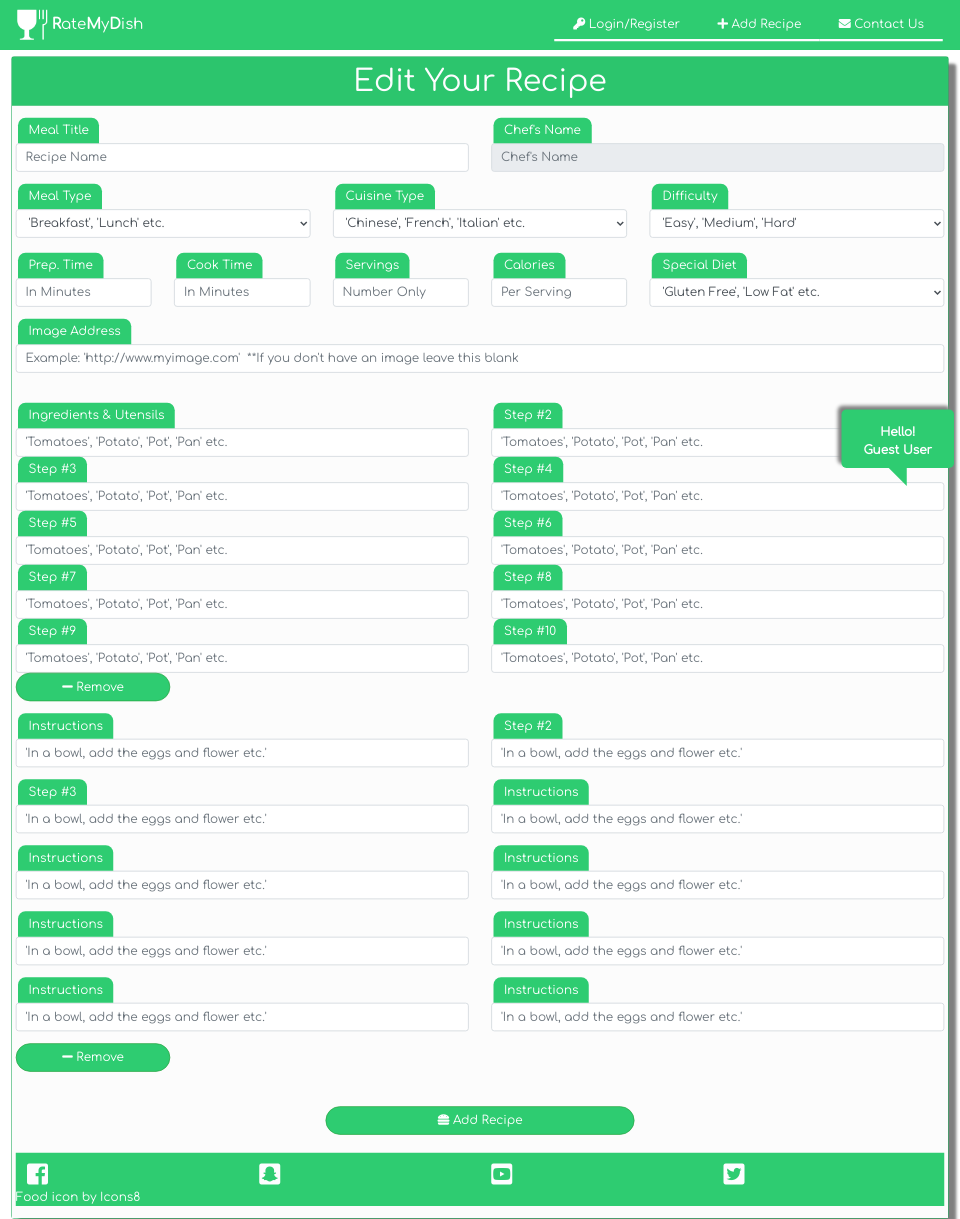
Repository: dbyrne87/ratemydish
Page: templates/editrecipe.html
The author's editor kept a record of every edit. The page is drawn from the files as they stood at one moment, then again after the next edit.
The browser window is 1280 px wide. The pictures show the whole page, at 75% of full size.
Some web fonts or font styles are not loaded; a fallback is used. The page is served by the project's application, run on Flask 3 (app.py). The template is opened directly, without the code that normally fills it, so the values that code supplies are empty.

Above is the page before.
Console error: SyntaxError: Unexpected token ')'

### templates/editrecipe.html
{% extends 'base_forms.html' %} {% block content %}

<form id="add_recipe_card" class="col-lg-12 mx-auto" action="{{url_for('insert_recipe')}}" method="POST">
    {% with messages = get_flashed_messages() %}
        {% if messages %}
            {% for message in messages %}
                <p class="alert alert-success col-lg-6 mx-auto" role="alert">{{ message }}</p>
            {% endfor %}
        {% endif %}
    {% endwith %}
    <div class="card">
        <h1 class="card-header">Edit Your Recipe</h1>

        <div class="card-body text-left">

                <div class="row">
                    <div class="col-lg-6">
                        <div class="form-group form-top-margin">
                            <label for="meal_title">Meal Title</label>
                            <input type="text" id="meal_title" name="meal_title" class="form-control" placeholder="Recipe Name" value="{{task.meal_title}}" required>
                        </div>
                    </div>
                    <div class="col-lg-6">
                        <div class="form-group form-top-margin">
                            <label for="chef_name">Chef's Name</label>
                            <input type="text" id="chef_name" name="chef_name" class="form-control" placeholder="Chef's Name" value="{{session['username']}}" readonly>
                        </div>
                    </div>
                </div>

                <div class="row">
                    <div class="col-md-4">
                        <div class="form-group">
                            <label for="meal_type">Meal Type</label>
                                <select class="col-md form-control field-padding input-padding" id="meal_type" name="meal_type" required>
                                    <option selected disabled>'Breakfast', 'Lunch' etc.</option>
                                        {% for meal_types in meal_types %}
                                            {% if meal_types.meal_type == task.meal_type %}
                                            <option value="{{meal_types.meal_type}}" selected>{{meal_types.meal_type}}</option>
                                            {% else %}
                                            <option>{{meal_types.meal_type}}</option>
                                            {% endif %}
                                        {% endfor %}
                                </select>
                        </div>
                    </div>
                    <div class="col-md-4">
                        <div class="form-group">
                            <label for="cuisine_type">Cuisine Type</label>
                                <select class="form-control field-padding input-padding" id="cuisine_type" name="cuisine_type" required>
                                    <option selected disabled>'Chinese', 'French', 'Italian' etc.</option>
                                    {% for cuisine_types in cuisine_types %}
                                        {% if cuisine_types.cuisine_types == task.cuisine_type %}
                                            <option value="{{cuisine_types.cuisine_types}}" selected>{{cuisine_types.cuisine_types}}</option>
                                        {% else %}
                                            <option>{{cuisine_types.cuisine_types}}</option>
                                        {% endif %}
                                    {% endfor %}
                                </select>

                        </div>
                    </div>
                    <div class="col-md-4">
                        <div class="form-group">
                            <label for="difficulty">Difficulty</label>
                                <select class="form-control field-padding input-padding" id="difficulty" name="difficulty" required>
                                    <option selected disabled>'Easy', 'Medium', 'Hard'</option>
                                    {% if task.difficulty == 'Easy' %}
                                        <option selected>Easy</option>
                                        <option>Medium</option>
                                        <option>Hard</option>
                                    {% elif task.difficulty == 'Medium' %}
                                        <option>Easy</option>
                                        <option selected>Medium</option>
                                        <option>Hard</option>
                                    {% elif task.difficulty == 'Hard' %}
                                        <option>Easy</option>
                                        <option>Medium</option>
                                        <option selected>Hard</option>
                                    {% endif %}
                                </select>
                        </div>
                    </div>
                </div>

                <div class="row">
                    <div class="col-md-2">
                        <div class="form-group">
                            <label for="prep_time">Prep. Time</label>
                                <input type="number" id="prep_time" name="prep_time" class="form-control" placeholder="In Minutes" value="{{task.prep_time}}" required>
                        </div>
                    </div>
                    <div class="col-md-2">
                        <div class="form-group">
                            <label for="cook_time">Cook Time</label>
                                <input type="number" id="cook_time" name="cook_time" class="form-control" placeholder="In Minutes" value="{{task.cook_time}}" required>
                        </div>
                    </div>
                    <div class="col-md-2">
                        <div class="form-group">
                            <label for="servings">Servings</label>
                                <input type="number" id="servings" name="servings" class="form-control" placeholder="Number Only" value="{{task.servings}}" required>
                        </div>
                    </div>
                    <div class="col-md-2">
                        <div class="form-group">
                            <label for="calories">Calories</label>
                                <input type="number" id="calories" name="calories" class="form-control" placeholder="Per Serving" value="{{task.calories}}" required>
                        </div>
                    </div>
                    <div class="col-md-4">
                        <div class="form-group">
                            <label for="special_diet">Special Diet</label>
                                <select class="form-control" id="special_diet" name="special_diet" required>
                                    <option selected disabled>'Gluten Free', 'Low Fat' etc.</option>
                                    {% for special_diets in special_diet %}
                                        {% if special_diets.special_diet == task.special_diet %}
                                            <option value="{{special_diets.special_diet}}" selected>{{special_diets.special_diet}}</option>
                                        {% else %}
                                            <option>{{special_diets.special_diet}}</option>
                                            {% endif %}
                                        {% endfor %}
                                </select>

                        </div>
                    </div>
                </div>

                <div class="row">
                    <div class="col-md-12">
                        <div class="form-group">
                            <label for="prep_time">Image Address</label>
                                <input type="url" id="image_url" name="image_url" class="form-control" placeholder="Example: 'http://www.myimage.com'  **If you don't have an image leave this blank" value="{{task.image_url}}">
                        </div>
                    </div>
                </div>

            <div class="col-lg-6 d-inline">
             <div class="row">
                    <div id="entry1" class="clonedInput_2 col-md-6">
                            <label class="ingredients_label" for="input_ingredients">Ingredients & Utensils</label>
                                <input type="text" id="input_ingredients" name="input_ingredients" class="form-control field_ingredients" placeholder="'Tomatoes', 'Potato', 'Pot', 'Pan' etc." value="{{task.input_ingredients}}" required>
                    </div>
                    <div id="entry2" class="col-md-6">
                            <label class="ingredients_label" for="Field2_input_ingredients">Step #2</label>
                                <input type="text" id="Field2_input_ingredients" name="Field2_input_ingredients" class="form-control field_ingredients" placeholder="'Tomatoes', 'Potato', 'Pot', 'Pan' etc." value="{{task.Field2_input_ingredients}}" required>
                    </div>
                    <div id="entry3" class="clonedInput_2 col-md-6">
                            <label class="ingredients_label" for="Field3_input_ingredients">Step #3</label>
                                <input type="text" id="Field3_input_ingredients" name="Field3_input_ingredients" class="form-control field_ingredients" placeholder="'Tomatoes', 'Potato', 'Pot', 'Pan' etc." value="{{task.Field3_input_ingredients}}" required>
                    </div>
                    <div id="entry4" class="clonedInput_2 col-md-6">
                            <label class="ingredients_label" for="Field4_input_ingredients">Step #4</label>
                                <input type="text" id="Field4_input_ingredients" name="Field4_input_ingredients" class="form-control field_ingredients" placeholder="'Tomatoes', 'Potato', 'Pot', 'Pan' etc." value="{{task.Field4_input_ingredients}}" required>
                    </div>
                    <div class="col-md-6">
                            <label class="ingredients_label" for="Field5_input_ingredients">Step #5</label>
                                <input type="text" id="Field5_input_ingredients" name="Field5_input_ingredients" class="form-control field_ingredients" placeholder="'Tomatoes', 'Potato', 'Pot', 'Pan' etc." value="{{task.Field5_input_ingredients}}" required>
                    </div>
                    <div class="col-md-6">
                            <label class="ingredients_label" for="Field6_input_ingredients">Step #6</label>
                                <input type="text" id="Field6_input_ingredients" name="Field6_input_ingredients" class="form-control field_ingredients" placeholder="'Tomatoes', 'Potato', 'Pot', 'Pan' etc." value="{{task.Field6_input_ingredients}}"required>
                    </div>
                    <div id="entry1" class="col-md-6">
                            <label class="ingredients_label" for="Field7_input_ingredients">Step #7</label>
                                <input type="text" id="Field7_input_ingredients" name="Field7_input_ingredients" class="form-control field_ingredients" placeholder="'Tomatoes', 'Potato', 'Pot', 'Pan' etc." value="{{task.Field7_input_ingredients}}" required>
                    </div>
                    <div id="entry1" class="col-md-6">
                            <label class="ingredients_label" for="Field8_input_ingredients">Step #8</label>
                                <input type="text" id="Field8_input_ingredients" name="Field8_input_ingredients" class="form-control field_ingredients" placeholder="'Tomatoes', 'Potato', 'Pot', 'Pan' etc." value="{{task.Field8_input_ingredients}}" required>
                    </div>
                    <div id="entry1" class="col-md-6">
                            <label class="ingredients_label" for="Field9_input_ingredients">Step #9</label>
                                <input type="text" id="Field9_input_ingredients" name="Field9_input_ingredients" class="form-control field_ingredients" placeholder="'Tomatoes', 'Potato', 'Pot', 'Pan' etc." value="{{task.Field9_input_ingredients}}" required>
                    </div>
                    <div id="entry1" class="col-md-6">
                            <label class="ingredients_label" for="Field10_input_ingredients">Step #10</label>
                                <input type="text" id="Field10_input_ingredients" name="Field10_input_ingredients" class="form-control field_ingredients" placeholder="'Tomatoes', 'Potato', 'Pot', 'Pan' etc." value="{{task.Field10_input_ingredients}}" required>
                    </div>
                </div>

                <button type="button" id="btnDel_1" name="btnDel" class="btn btn-outline-success col-md-2"><i class="fas fa-minus"></i> Remove</button>

                <div class="row">
                    <div id="instruction1" class="clonedInput_2 col-md-6">
                        <div class="form-group">
                            <label class="instructions_label" for="input_instructions">Instructions</label>
                                <input type="text" id="input_instructions" name="input_instructions" class="form-control field_instructions" placeholder="'In a bowl, add the eggs and flower etc.'" required>
                        </div>
                    </div>
                    <div id="instruction1" class="clonedInput_2 col-md-6">
                        <div class="form-group">
                            <label class="instructions_label" for="ID2_input_instructions">Step #2</label>
                                <input type="text" id="ID2_input_instructions" name="ID2_input_instructions" class="form-control field_instructions" placeholder="'In a bowl, add the eggs and flower etc.'" value="{{task.ID2_input_instructions}}" required>
                        </div>
                    </div>
                    <div id="instruction1" class="clonedInput_2 col-md-6">
                        <div class="form-group">
                            <label class="instructions_label" for="ID3_input_instructions">Step #3</label>
                                <input type="text" id="ID3_input_instructions" name="ID3_input_instructions" class="form-control field_instructions" placeholder="'In a bowl, add the eggs and flower etc.'" value="{{task.ID3_input_instructions}}" required>
                        </div>
                    </div>
                    <div id="instruction1" class="clonedInput_2 col-md-6">
                        <div class="form-group">
                            <label class="instructions_label" for="ID4_input_instructions">Instructions</label>
                                <input type="text" id="ID4_input_instructions" name="ID4_input_instructions" class="form-control field_instructions" placeholder="'In a bowl, add the eggs and flower etc.'" value="{{task.ID4_input_instructions}}" required>
                        </div>
                    </div>
                    <div id="instruction1" class="clonedInput_2 col-md-6">
                        <div class="form-group">
                            <label class="instructions_label" for="ID5_input_instructions">Instructions</label>
                                <input type="text" id="ID5_input_instructions" name="ID5_input_instructions" class="form-control field_instructions" placeholder="'In a bowl, add the eggs and flower etc.'" value="{{task.ID5_input_instructions}}" required>
                        </div>
                    </div>
                    <div id="instruction1" class="clonedInput_2 col-md-6">
                        <div class="form-group">
                            <label class="instructions_label" for="ID6_input_instructions">Instructions</label>
                                <input type="text" id="ID6_input_instructions" name="ID6_input_instructions" class="form-control field_instructions" placeholder="'In a bowl, add the eggs and flower etc.'" value="{{task.ID6_input_instructions}}" required>
                        </div>
                    </div>
                    <div id="instruction1" class="clonedInput_2 col-md-6">
                        <div class="form-group">
                            <label class="instructions_label" for="ID7_input_instructions">Instructions</label>
                                <input type="text" id="ID7_input_instructions" name="ID7_input_instructions" class="form-control field_instructions" placeholder="'In a bowl, add the eggs and flower etc.'" value="{{task.ID7_input_instructions}}" required>
                        </div>
                    </div>
                    <div id="instruction1" class="clonedInput_2 col-md-6">
                        <div class="form-group">
                            <label class="instructions_label" for="ID8_input_instructions">Instructions</label>
                                <input type="text" id="ID8_input_instructions" name="ID8_input_instructions" class="form-control field_instructions" placeholder="'In a bowl, add the eggs and flower etc.'" value="{{task.ID8_input_instructions}}" required>
                        </div>
                    </div>
                    <div id="instruction1" class="clonedInput_2 col-md-6">
                        <div class="form-group">
                            <label class="instructions_label" for="ID9_input_instructions">Instructions</label>
                                <input type="text" id="ID9_input_instructions" name="ID9_input_instructions" class="form-control field_instructions" placeholder="'In a bowl, add the eggs and flower etc.'" value="{{task.ID9_input_instructions}}" required>
                        </div>
                    </div>
                    <div id="instruction1" class="clonedInput_2 col-md-6">
                        <div class="form-group">
                            <label class="instructions_label" for="ID10_input_instructions">Instructions</label>
                                <input type="text" id="ID10_input_instructions" name="ID10_input_instructions" class="form-control field_instructions" placeholder="'In a bowl, add the eggs and flower etc.'" value="{{task.ID10_input_instructions}}" required>
                        </div>
                    </div>
            </div>
                        <button type="button" id="btnDel_2" name="btnDel_2" class="btn btn-outline-success col-md-2"><i class="fas fa-minus"></i> Remove</button>

                <div class="d-none">
                    <input type="number" id="likes" name="likes" class="form-control">
                    <input type="number" id="dislikes" name="dislikes" class="form-control">
                    <textarea id="comments" name="comments" class="form-control"></textarea>
                </div>
                <div class="text-center">
                    <button type="submit" id='recipe_submit-button' class="btn btn-outline-success col-lg-4"><i class="fas fa-hamburger"></i>  Add Recipe</button>
                </div>
    </div>
</form>


{% endblock %}

### app_variables.py
MONGO_DBNAME = 'RateMyDish'
MONGO_URI = 'mongodb+srv://root:MyRootDataBase@myfirstcluster-ur0qm.mongodb.net/RateMyDish?retryWrites=true&w=majority'

MAIL_SERVER = 'smtp.gmail.com'
MAIL_PORT = 465
MAIL_USE_TLS = False
MAIL_USE_SSL = True
MAIL_USERNAME = 'declangbyrne1987@gmail.com'
MAIL_PASSWORD = 'mbainiahchiqdjrl'
MAIL_DEFAULT_SENDER = 'declangbyrne1987@gmail.com'
MAIL_MAX_EMAILS = 1
MAIL_SUPRESS_SEND = False
MAIL_ASCII_ATTACHMENTS = False

MAIL_RECIPIENT = 'declangbyrne1987@gmail.com'

SECRET_KEY = 'SssSSHHhhhhHHHhhThis_is_A_s3cr3T'
HOST = '0.0.0.0'
PORT = 8080
DEBUG = True

### static/js/edit-field-remove.js
/* global $*/
      $(function decreaseNumber() {
        var num = 4; // Checks to see how many "duplicatable" input fields we currently have
        if (i < 10) {
            i++;     // The numeric ID of the new input field being added, increasing by 1 each time
      });

$(function () {

    $('#btnDel_1').click(function () {
    // Confirmation dialog box. Works on all desktop browsers and iPhone.
        if (confirm("Are you sure you wish to remove this field? This cannot be undone."))
            {
                var num;
                // how many "duplicatable" input fields we currently have
                $('#entry' + num).slideUp('slow', function () {$(this).remove();
                // if only one element remains, disable the "remove" button
                   if (num -1 === 1)
                $('#btnDel_1').attr('disabled', false);});
            }
        return false; // Removes the last section you added
    });

    $('#btnDel_1').attr('disabled', false);





    $('#btnAdd_2').click(function () {
        var num     = $('.clonedInput_2').length, // Checks to see how many "duplicatable" input fields we currently have
            newNum  = new Number(num + 1),      // The numeric ID of the new input field being added, increasing by 1 each time
            newElem = $('#instruction' + num).clone().attr('id', 'instruction' + newNum).fadeIn('slow'); // create the new element via clone(), and manipulate it's ID using newNum value

        // Label for input_instructions field
        newElem.find('.instructions_label').attr('id', 'ID' + newNum + '_reference').attr('name', 'ID' + newNum + '_reference').html('Step #' + newNum);

        // input_instructions input - text
        newElem.find('.field_instructions').attr('id', 'ID' + newNum + '_input_instructions').attr('name', 'ID' + newNum + '_input_instructions').val('');

    // Insert the new element after the last "duplicatable" input field
        $('#instruction' + num).after(newElem);
        $('input[id=Field' + newNum +'_input_instructions]').val(''); //Clears the input field of the duplicate field added
        $('#ID' + newNum + '_title').focus();

    // Enable the "remove" button. This only shows once you have a duplicated section.
        $('#btnDel_2').attr('disabled', false);

        // How many Fields are allowed
        if (newNum == 10)
        $('#btnAdd_2').attr('disabled', true).prop('value', "You've reached the limit"); // value here updates the text in the 'add' button when the limit is reached
    });

    $('#btnDel_2').click(function () {
    // Confirmation dialog box. Works on all desktop browsers and iPhone.
        if (confirm("Are you sure you wish to remove this phone number? This cannot be undone."))
            {
                var num = $('.clonedInput_2').length;
                // how many "duplicatable" input fields we currently have
                $('#instruction' + num).slideUp('slow', function () {$(this).remove();
                // if only one element remains, disable the "remove" button
                    if (num -1 === 1)
                $('#btnDel_2').attr('disabled', true);});
            }
        return false; // Removes the last section you added
    });
    // Enable the "add" button
    $('#btnAdd_2').attr('disabled', false);
    // Disable the "remove" button
    $('#btnDel_2').attr('disabled', true);
});

Loaded but not shown: app.py (450 lines, source omitted); static/css/style.css (423 lines, source omitted); templates/base_forms.html (86 lines, source omitted)

After the next edit:
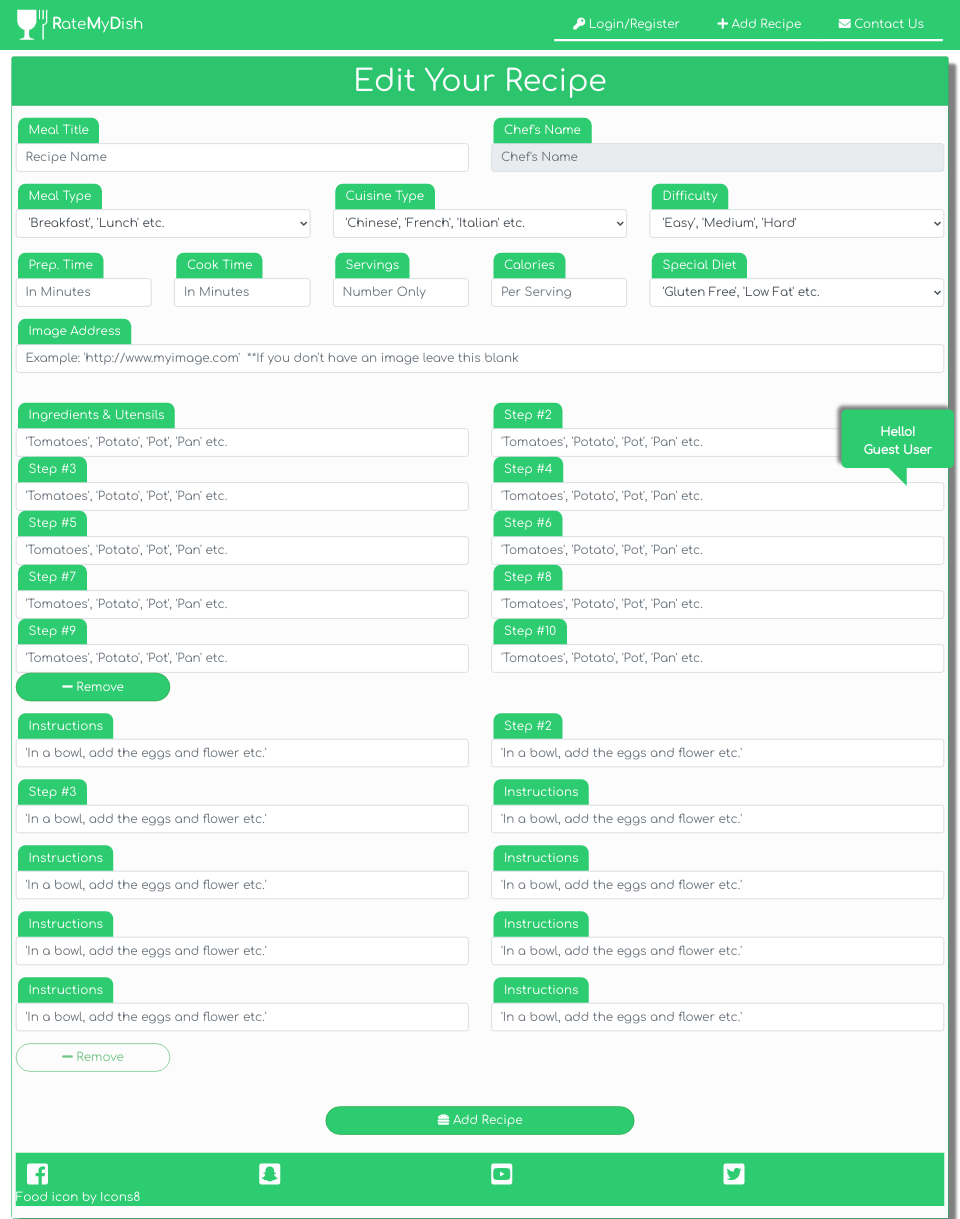
Console error: ReferenceError: i is not defined
The edit:
--- a/static/js/edit-field-remove.js
+++ b/static/js/edit-field-remove.js
@@ -3,7 +3,9 @@
         var num = 4; // Checks to see how many "duplicatable" input fields we currently have
         if (i < 10) {
             i++;     // The numeric ID of the new input field being added, increasing by 1 each time
-      });
+
+        }
+        });
 
 $(function () {
 
